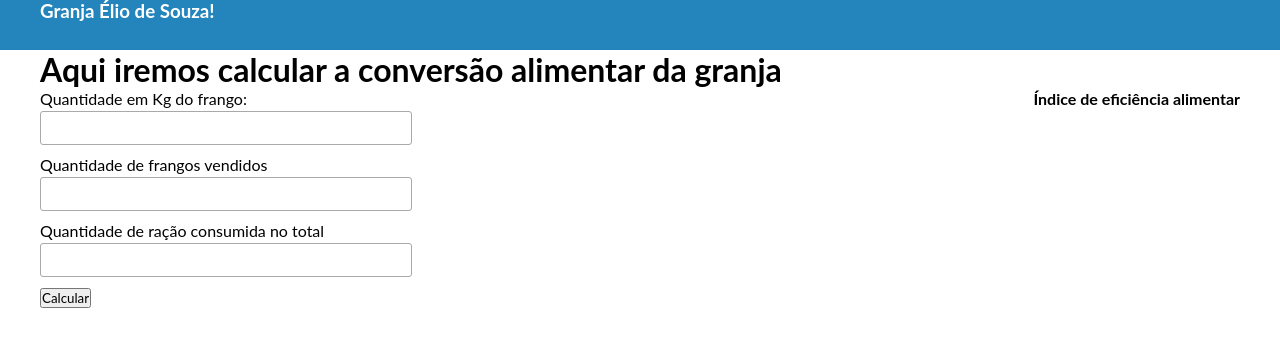
Repository: JoaoNahid/adminSystem
Page: /calculos (app in client/)
An editor plug-in stored every save of this project. The page is shown before and after the next save, followed by the edit.
The browser window is 1280 px wide. The pictures show the whole page.
The project was rebuilt for these pictures with package versions that can differ from the ones it lists, and the page was loaded fresh each time. Also part of the build but not shown: client/src/App.css, client/src/routes/login.js, client/src/routes/cadastro.js, client/src/routes/home.js, client/src/routes/404.js, client/src/routes/lote.js.

Above is the page before, as saved 2022-04-20 21:43:30.

After the next save:
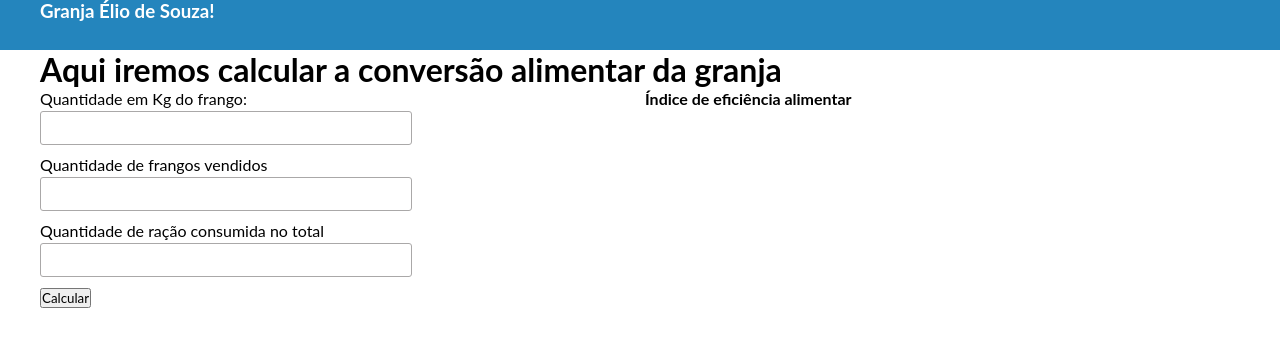
Saved 18 s later.
--- a/client/src/css/style.css
+++ b/client/src/css/style.css
@@ -409,3 +409,6 @@ input:focus{
   justify-content: space-between;
   gap: 10px;
 }
+.flexChild100{
+  width: 100%;
+}
